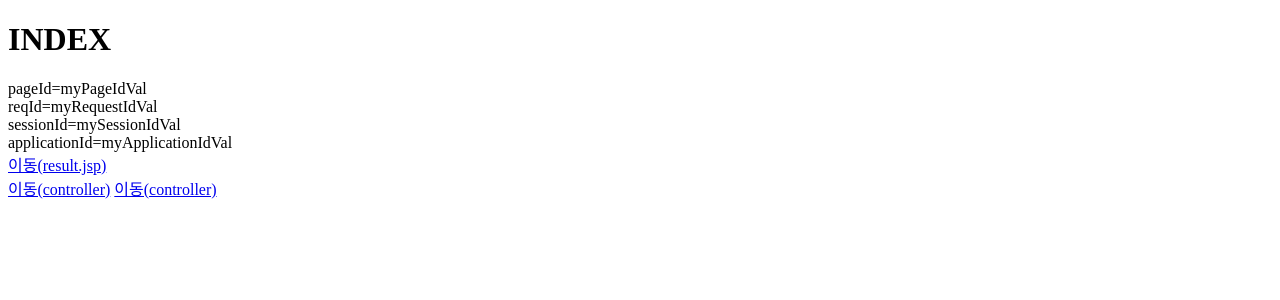
Repository: leedh909/Academy-web-
Page: http://localhost/Jsp06_Scope/
These files come from the project's save history. The page is drawn as it stood at one moment and after the next save; the edit follows.
The browser window is 1280 px wide. The pictures show the whole page.
The page is served by Tomcat 9. Other server files are loaded and not shown.

Above is the page before, as saved 2020-07-05 23:19:29.

### 실습자료/eclipse-servlet/Jsp06_Scope/WebContent/index.jsp
<%@ page language="java" contentType="text/html; charset=UTF-8"
    pageEncoding="UTF-8"%>
<% request.setCharacterEncoding("UTF-8"); %>
<% response.setContentType("text/html; charset=UTF-8"); %>
<!DOCTYPE html>
<html>
<head>
<meta charset="UTF-8">
<title>Insert title here</title>

<%
	//page, request, session, application
	pageContext.setAttribute("pageId", "myPageIdVal"); 		//한페이지
	request.setAttribute("reqId", "myRequestIdVal");		//한페이지+@
	session.setAttribute("sessionId","mySessionIdVal");		//브라우저 단위
	application.setAttribute("appId", "myApplicationIdVal");//애플리케이션 단위

%>
</head>
<body>
	<h1>INDEX</h1>
	pageId=<%=pageContext.getAttribute("pageId") %><br>
	reqId=<%=request.getAttribute("reqId") %><br>
	sessionId=<%=session.getAttribute("sessionId") %><br>
	applicationId=<%=application.getAttribute("appId") %><br>

	<a href="result.jsp">이동(result.jsp)</a><br>
	<a href="myservlet.do">이동(controller)</a>

	<!-- xml이 아닌 서블릿과 바로 맵핑하는 방식  -->
	<a href="ScopeController">이동(controller)</a>

</body>
</html>

After the next save:
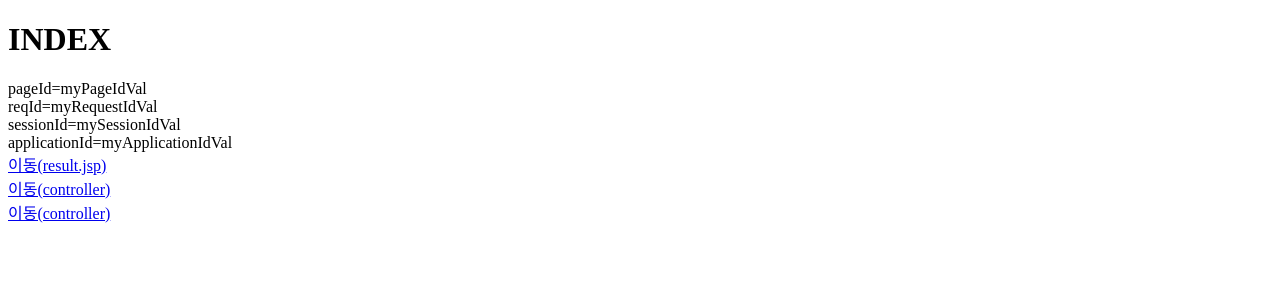
Saved 16 s later.
--- a/실습자료/eclipse-servlet/Jsp06_Scope/WebContent/index.jsp
+++ b/실습자료/eclipse-servlet/Jsp06_Scope/WebContent/index.jsp
@@ -25,7 +25,7 @@
 	applicationId=<%=application.getAttribute("appId") %><br>
 
 	<a href="result.jsp">이동(result.jsp)</a><br>
-	<a href="myservlet.do">이동(controller)</a>
+	<a href="myservlet.do">이동(controller)</a><br>
 
 	<!-- xml이 아닌 서블릿과 바로 맵핑하는 방식  -->
 	<a href="ScopeController">이동(controller)</a>
